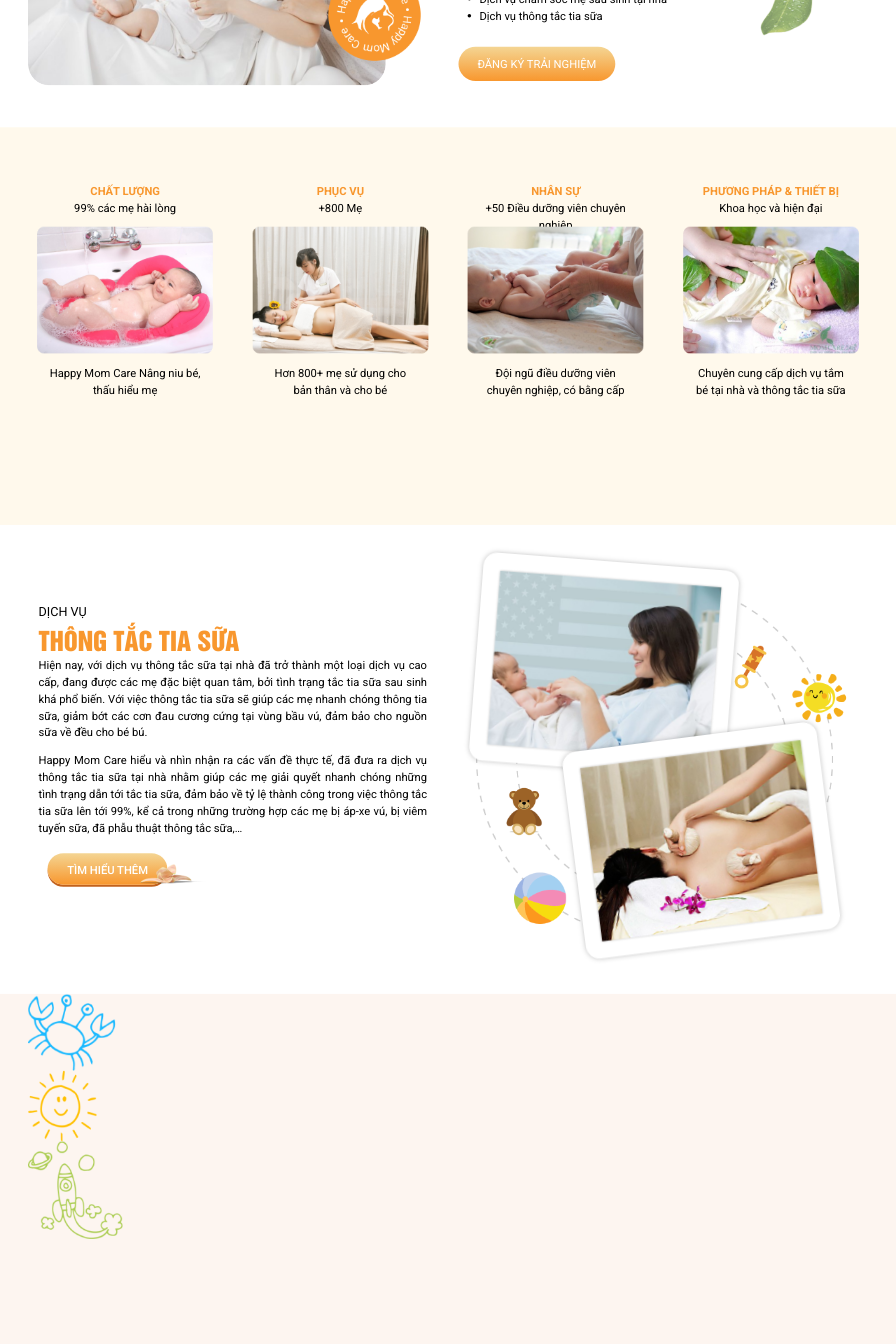
Repository: haianh12082001/happymom
Page: index.html
These files come from the project's save history. The page is drawn as it stood at one moment and after the next save; the edit follows.
The browser window is 1280 px wide. The pictures show the part of the page from y = 1487 to 3407 px (the page is 3407 px tall), at 70% of full size.
Some web libraries are served in a nearby version. The style sheet was rebuilt from its Sass, Less or Tailwind sources for each picture, by a compiler version that may differ from the author's.

Above is the page before, as saved 2021-11-16 10:46:46.

### index.html
<!DOCTYPE html>
<html lang="en">
    <head>
        <meta charset="UTF-8" />
        <meta http-equiv="X-UA-Compatible" content="IE=edge" />
        <meta name="viewport" content="width=device-width, initial-scale=1.0" />
        <title>Document</title>
        <link href="https://fonts.googleapis.com/css2?family=Roboto:wght@300;400;500;700;900&display=swap" rel="stylesheet" />
        <link rel="stylesheet" href="./assets/fonts/fontawesome-free-5.15.3/css/all.min.css" />
        <link
            rel="stylesheet"
            href="https://cdn.jsdelivr.net/npm/bootstrap@4.6.0/dist/css/bootstrap.min.css"
            integrity="sha384-B0vP5xmATw1+K9KRQjQERJvTumQW0nPEzvF6L/Z6nronJ3oUOFUFpCjEUQouq2+l"
            crossorigin="anonymous"
        />
        <link rel="stylesheet" href="./assets/css/app.css" />
    </head>
    <body>
        <div class="topbar">
            <div class="topbar__container container">
                <div class="topbar__logo">
                    <img src="./assets/img/logo.png" alt="" />
                </div>
                <div class="topbar__openTime">
                    <div class="openTime__text">Giờ mở cửa</div>
                    <div class="openTime__time">8h00 - 16h00</div>
                </div>
                <div class="topbar__seach">
                    <input type="text" name="" id="" placeholder="Tìm kiếm" />
                    <button class="button__seach">
                        <i class="fas fa-search r"></i>
                    </button>
                </div>
                <div class="topbar__hotline">
                    <div class="hotline__icon">
                        <img src="./assets/img/icon__phone.png" alt="" />
                    </div>
                    <div class="hotline__text">
                        <p class="hotline__text--top">Hotline:</p>
                        <p class="hotline__text--bottom">0944 430 977</p>
                    </div>
                </div>
                <div class="topbar__book">
                    <div class="book__icon">
                        <i class="fas fa-calendar-alt"></i>
                    </div>
                    <p class="book__text">Đặt lịch hẹn</p>
                </div>
            </div>
        </div>
        <header class="header">
            <div class="header__container container">
                <ul class="header__list">
                    <li class="header__item">
                        <a href="#" class="header__link">Trang chủ</a>
                    </li>
                    <li class="header__item">
                        <a href="#" class="header__link">Giới thiệu</a>
                    </li>
                    <li class="header__item">
                        <a href="#" class="header__link">Dịch vụ</a>
                    </li>
                    <li class="header__item">
                        <a href="#" class="header__link">Khoá học</a>
                    </li>
                    <li class="header__item">
                        <a href="#" class="header__link">Hệ thống đại lý</a>
                    </li>
                    <li class="header__item">
                        <a href="#" class="header__link">Tin tức</a>
                    </li>
                    <li class="header__item">
                        <a href="#" class="header__link">Liên hệ</a>
                    </li>
                </ul>
                <ul class="header__social">
                    <li>
                        <a href="#">
                            <i class="fab fa-facebook-f"></i>
                        </a>
                    </li>
                    <li>
                        <a href="#">
                            <i class="fab fa-twitter"></i>
                        </a>
                    </li>
                    <li>
                        <a href="#">
                            <i class="fab fa-google-plus-g"></i>
                        </a>
                    </li>
                    <li>
                        <a href="#">
                            <i class="fab fa-skype"></i>
                        </a>
                    </li>
                </ul>
            </div>
        </header>
        <section class="banner">
            <div class="banner__content">
                <div class="banner__img">
                    <img src="./assets/img/banner/Rectangle 28.png" alt="" />
                </div>
                <!-- <div class="banner__phone">
                    <div class="icon">
                        <i class="fas fa-phone-alt"></i>
                    </div>
                    <div class="text">0944 430 977</div>
                </div> -->
            </div>
        </section>
        <section class="bannerAdv">
            <div class="bannerAdv__container container">
                <div class="row">
                    <div class="bannerAdv__item col-lg-3">
                        <div class="bannerAdv__item--top">
                            <div class="text">01</div>
                            <img src="./assets/img/bannerAdv/pngwing 6.png" alt="" />
                        </div>
                        <div class="bannerAdv__item--bottom">
                            <div class="name">Uy tín</div>
                            <p class="des">Happy Mom Care với hệ thống hơn 50 Spa tại Việt Nam luôn sẵn sàng phục vụ khách hàng</p>
                        </div>
                    </div>
                    <div class="bannerAdv__item col-lg-3">
                        <div class="bannerAdv__item--top">
                            <div class="text">02</div>
                            <img src="./assets/img/bannerAdv/pngwing 8.png" alt="" />
                        </div>
                        <div class="bannerAdv__item--bottom">
                            <div class="name">Chuyên nghiệm</div>
                            <p class="des">Dịch vụ Spa mẹ và bé tại Happy Mom Care có hệ thống trang thiết bị chuyên nghiệp</p>
                        </div>
                    </div>
                    <div class="bannerAdv__item col-lg-3">
                        <div class="bannerAdv__item--top">
                            <div class="text">03</div>
                            <img src="./assets/img/bannerAdv/pngwing 9.png" alt="" />
                        </div>
                        <div class="bannerAdv__item--bottom">
                            <div class="name">An toàn</div>
                            <p class="des">Đúng quy trình chuẩn y khoa và sử dụng công nghệ cao trong Spa mang đến cho bạn những giải pháp an toàn nhất</p>
                        </div>
                    </div>
                    <div class="bannerAdv__item col-lg-3">
                        <div class="bannerAdv__item--top">
                            <div class="text">04</div>
                            <img src="./assets/img/bannerAdv/pngwing 10.png" alt="" />
                        </div>
                        <div class="bannerAdv__item--bottom">
                            <div class="name">Chất lượng</div>
                            <p class="des">Đội ngũ nhân viên chuyên nghiệp, có nhiều kinh nghiệm trong lĩnh vực Spa</p>
                        </div>
                    </div>
                </div>
            </div>
        </section>
        <section class="introduce">
            <div class="introduce__container container">
                <div class="row">
                    <div class="col-lg-6">
                        <div class="introduce__img">
                            <img src="./assets/img/Rectangle 33.png" alt="" />
                        </div>
                    </div>
                    <div class="col-lg-6">
                        <div class="introduce__heading">Về chúng tôi</div>
                        <div class="introduce__name">Happy mom care</div>
                        <div class="introduce__address">
                            <div class="introduce__address--img">
                                <img src="./assets/img/Ellipse 29.png" alt="" />
                            </div>
                            <div class="introduce__address--text">
                                <p>Spa Happy Mom Care</p>
                                <span>Số 8 Ngõ 21, Phố Việt Hưng, Long Biên, Hà Nội</span>
                            </div>
                        </div>
                        <div class="introduce__text">
                            <p>
                                Với hơn 30+ điều dưỡng viên có bằng cấp và kinh nghiệm lâu năm, Happy Mom Care mong muốn được phục vụ cho mẹ và bé khắp các quận
                                trong Hà Nội. Bao gồm các dịch vụ:
                            </p>
                            <ul class="text__list">
                                <li>Dịch vụ tắm cho trẻ sơ sinh tại nhà</li>
                                <li>Dịch vụ chăm sóc mẹ sau sinh tại nhà</li>
                                <li>Dịch vụ thông tắc tia sữa</li>
                            </ul>
                        </div>
                        <div class="introduce__btn">
                            <a href="">Đăng ký trải nghiệm</a>
                        </div>
                    </div>
                </div>
            </div>
        </section>
        <section class="blog">
            <div class="blog__container container">
                <div class="row">
                    <div class="blog__item col-lg-3">
                        <div class="blog__name">Chất lượng</div>
                        <div class="blog__subname">99% các mẹ hài lòng</div>
                        <div class="blog__img">
                            <img src="./assets/img/blog/Rectangle 35 (3).png" alt="" />
                        </div>
                        <div class="blog__des">Happy Mom Care Nâng niu bé, thấu hiểu mẹ</div>
                        <div class="blog__btn btn">
                            <a href="">Tìm hiểu thêm</a>
                            <img class="blog__btn--img" src="./assets/img/blog/plant 1.png" alt="" />
                        </div>
                    </div>
                    <div class="blog__item col-lg-3">
                        <div class="blog__name">Phục vụ</div>
                        <div class="blog__subname">+800 Mẹ</div>
                        <div class="blog__img">
                            <img src="./assets/img/blog/Rectangle 35 (4).png" alt="" />
                        </div>
                        <div class="blog__des">Hơn 800+ mẹ sử dụng cho bản thân và cho bé</div>
                        <div class="blog__btn btn">
                            <a href="">Tìm hiểu thêm</a>
                            <img class="blog__btn--img" src="./assets/img/blog/plant 1.png" alt="" />
                        </div>
                    </div>
                    <div class="blog__item col-lg-3">
                        <div class="blog__name">Nhân sự</div>
                        <div class="blog__subname">+50 Điều dưỡng viên chuyên nghiệp</div>
                        <div class="blog__img">
                            <img src="./assets/img/blog/Rectangle 35 (5).png" alt="" />
                        </div>
                        <div class="blog__des">Đội ngũ điều dưỡng viên chuyên nghiệp, có bằng cấp</div>
                        <div class="blog__btn btn">
                            <a href="">Tìm hiểu thêm</a>
                            <img class="blog__btn--img" src="./assets/img/blog/plant 1.png" alt="" />
                        </div>
                    </div>
                    <div class="blog__item col-lg-3">
                        <div class="blog__name">PHƯƠNG PHÁP & THIẾT BỊ</div>
                        <div class="blog__subname">Khoa học và hiện đại</div>
                        <div class="blog__img">
                            <img src="./assets/img/blog/Rectangle 35 (6).png" alt="" />
                        </div>
                        <div class="blog__des">Chuyên cung cấp dịch vụ tắm bé tại nhà và thông tắc tia sữa</div>
                        <div class="blog__btn btn">
                            <a href="">Tìm hiểu thêm</a>
                            <img class="blog__btn--img" src="./assets/img/blog/plant 1.png" alt="" />
                        </div>
                    </div>
                </div>
            </div>
        </section>
        <section class="serviceOne">
            <div class="serviceOne__container container">
                <div class="row">
                    <div class="col-lg-6 serviceOne__left">
                        <div class="service__title">Dịch vụ</div>
                        <div class="service__name">Thông tắc tia sữa</div>
                        <div class="service__text">
                            <p>
                                Hiện nay, với dịch vụ thông tắc sữa tại nhà đã trở thành một loại dịch vụ cao cấp, đang được các mẹ đặc biệt quan tâm, bởi tình
                                trạng tắc tia sữa sau sinh khá phổ biến. Với việc thông tắc tia sữa sẽ giúp các mẹ nhanh chóng thông tia sữa, giảm bớt các cơn
                                đau cương cứng tại vùng bầu vú, đảm bảo cho nguồn sữa về đều cho bé bú.
                            </p>
                            <p>
                                Happy Mom Care hiểu và nhìn nhận ra các vấn đề thực tế, đã đưa ra dịch vụ thông tắc tia sữa tại nhà nhằm giúp các mẹ giải quyết
                                nhanh chóng những tình trạng dẫn tới tắc tia sữa, đảm bảo về tỷ lệ thành công trong việc thông tắc tia sữa lên tới 99%, kể cả
                                trong những trường hợp các mẹ bị áp-xe vú, bị viêm tuyến sữa, đã phẫu thuật thông tắc sữa,…
                            </p>
                        </div>
                        <div class="service__btn btn">
                            <a href="">Tìm hiểu thêm</a>
                            <img class="service__btn--img" src="./assets/img/blog/plant 1.png" alt="" />
                        </div>
                    </div>
                    <div class="col-lg-6 serviceOne__right">
                        <div class="bigCircle__img">
                            <img src="./assets/img/serviceOne/Group 392.png" alt="" />
                        </div>
                        <div class="serviceOne__img--top">
                            <img src="./assets/img/serviceOne/Rectangle 37 (1).png" alt="" />
                        </div>
                        <div class="serviceOne__img--bottom">
                            <img src="./assets/img/serviceOne/Rectangle 38 (1).png" alt="" />
                        </div>
                    </div>
                </div>
            </div>
        </section>
        <section class="serviceTwo">
            <div class="serviceTwo__container container">
                <img class="serviceTwo__bg--img1" src="./assets/img/serviceTwo/image-home-1 1.png" alt="" />
                <img class="serviceTwo__bg--img2" src="./assets/img/serviceTwo/image-home-2 1.png" alt="" />
                <img class="serviceTwo__bg--img3" src="./assets/img/serviceTwo/image-home-3 1.png" alt="" />
                <div class="row">
                    <div class="serviceTwo__initial col-lg-4"></div>
                    <div class="serviceTwo__middle col-lg-4"></div>
                    <div class="serviceTwo__end col-lg-4"></div>
                </div>
            </div>
        </section>
        <script type="text/javascript" src="https://code.jquery.com/jquery-1.11.0.min.js"></script>
        <script type="text/javascript" src="https://code.jquery.com/jquery-migrate-1.2.1.min.js"></script>
        <script
            src="https://cdnjs.cloudflare.com/ajax/libs/bootstrap/4.6.0/js/bootstrap.min.js"
            integrity="sha512-XKa9Hemdy1Ui3KSGgJdgMyYlUg1gM+QhL6cnlyTe2qzMCYm4nAZ1PsVerQzTTXzonUR+dmswHqgJPuwCq1MaAg=="
            crossorigin="anonymous"
            referrerpolicy="no-referrer"
        ></script>
        <script type="text/javascript" src="https://cdn.jsdelivr.net/npm/slick-carousel@1.8.1/slick/slick.min.js"></script>
        <script src="./assets/js/main.js"></script>
    </body>
</html>

### assets/sass/app.scss
@import "variables";
@import "reset";
@import "global";
@import "topbar";
@import "header";
@import "banner";
@import "bannerAdv";
@import "introduce";
@import "blog";
@import "service";

### assets/sass/_variables.scss
$font-family: "Roboto", sans-serif;
$color-global: #f8972e;
$text-color: #000000;

### assets/sass/_reset.scss
html {
    box-sizing: border-box;
    scroll-behavior: smooth;
}
* {
    margin: 0;
    padding: 0;
}
*,
*:before,
*:after {
    box-sizing: border-box;
}
input,
textarea,
select,
button {
    outline: none;
}
input {
    line-height: normal;
    outline: none;
    box-shadow: none;
}
input:focus {
    outline: 0;
    border: none;
    box-shadow: none;
}
ul,
li {
    margin: 0;
    padding: 0;
    list-style: none;
}
label,
button {
    cursor: pointer;
}
a {
    text-decoration: none;
    &:hover {
        text-decoration: none;
    }
}
img {
    display: block;
    max-width: 100%;
}

### assets/sass/_global.scss
@font-face {
    font-family: "UTM";
    font-display: swap;
    src: url("../fonts/word/UTM\ HelvetIns.ttf") format("truetype");
}
@font-face {
    font-family: "Time";
    font-display: swap;
    src: url("../fonts/word/timesbd.ttf") format("truetype");
}
body {
    font-family: $font-family;
    margin: 0;
    padding: 0;
    width: 100%;
    font-size: 16px;
    color: $text-color;
}
.container {
    max-width: 1230px;
    margin: 0 auto;
    padding: 0 15px;
}

### assets/sass/_header.scss
.header {
    // height: 59px;
    background: $color-global;
    &__container {
        display: flex;
        justify-content: space-between;
        align-items: center;
    }
    &__list {
        display: flex;
        justify-content: space-between;
        text-transform: uppercase;
        align-items: center;
        // column-gap: 66px;
    }
    &__item {
        margin-left: 66px;
        padding: 16px 0;
        &:first-child {
            margin-left: 0;
        }
    }
    &__link {
        color: #fff;
        font-weight: 500;
    }
    &__social {
        display: flex;
        align-items: center;
        li {
            width: 31px;
            height: 31px;
            background: #fff;
            border-radius: 50%;
            margin-left: 8px;
            i {
                display: flex;
                height: 100%;
                justify-content: center;
                align-items: center;
            }
        }
    }
}

### assets/sass/_banner.scss
.banner {
    position: relative;
    &__img img {
        width: 100%;
        max-height: 598px;
    }
    &__phone {
        color: #845522;
        display: flex;
        .text {
            font-family: "UTM";
        }
    }
}

### assets/sass/_bannerAdv.scss
.bannerAdv {
    background: #fff9ec;
    padding: 25px 0 60px;
    &__container {
    }
    &__item {
        padding: 0px 46px;
        display: flex;
        flex-direction: column;
        align-items: center;
        &--top {
            position: relative;
            display: inline-block;
            max-width: 180px;
            height: 207px;

            .text {
                color: #ffd7ab;
                font-size: 180px;
                font-weight: 700;
                font-family: "Time";
                line-height: 206px;
            }
            img {
                position: absolute;
                bottom: 10px;
                left: 50%;
                transform: translateX(-50%);
            }
        }
        &--bottom {
            text-align: center;
            .name {
                color: #845522;
                margin-bottom: 9px;
                font-weight: 900;
            }
        }
    }
}

### assets/sass/_service.scss
.service {
    &__title {
        text-transform: uppercase;
        font-size: 18px;
    }
    &__name {
        text-transform: uppercase;
        font-size: 36px;
        color: $color-global;
        font-family: "UTM";
        font-weight: 400;
        line-height: 52px;
    }
    &__text {
        text-align: justify;
        margin-bottom: 30px;
    }
    &__btn {
        position: relative;
        a {
            padding: 15px 28px 11px 28px;
            background: linear-gradient(180deg, #f4d593 0%, #f8972e 100%);
            border-radius: 50px;
            text-transform: uppercase;
            color: #fff;
            font-weight: 500;
            box-shadow: 0 3px 0px rgba($color: #c2611c, $alpha: 1);
        }
        &--img {
            position: absolute;
            bottom: 0;
            right: 0;
            transform: translateX(50%);
        }
    }
}
.serviceOne {
    padding: 80px 0;
    &__left {
        padding: 30px;
    }
    &__right {
        padding: 0 40px;
        position: relative;
    }
    .bigCircle__img img {
        width: 100%;
    }
    &__img--top {
        position: absolute;
        top: -28px;
        // left: 0;
        padding: 20px;
        filter: drop-shadow(0px 0px 4px rgba(0, 0, 0, 0.25));
        transform: rotate(4.47deg);
        border-radius: 20px;
        background: #fff;
        img {
            width: 326px;
            height: 258px;
            // object-fit: cover;
        }
    }
    &__img--bottom {
        position: absolute;
        bottom: -10px;
        right: 70px;
        padding: 20px;
        filter: drop-shadow(0px 0px 4px rgba(0, 0, 0, 0.25));
        transform: rotate(-7.32deg);
        border-radius: 20px;
        background: #fff;
        img {
            width: 326px;
            height: 258px;
        }
    }
}
.serviceTwo {
    background: #fdf5f0;
    height: 500px;
    &__container {
        position: relative;
    }
}

Loaded but not shown: assets/fonts/fontawesome-free-5.15.3/css/all.min.css (library); assets/sass/_introduce.scss (117 lines, source omitted); assets/sass/_topbar.scss (95 lines, source omitted); assets/sass/_blog.scss (59 lines, source omitted); assets/js/main.js (no copy from this time; the picture is the same without it)

After the next save:
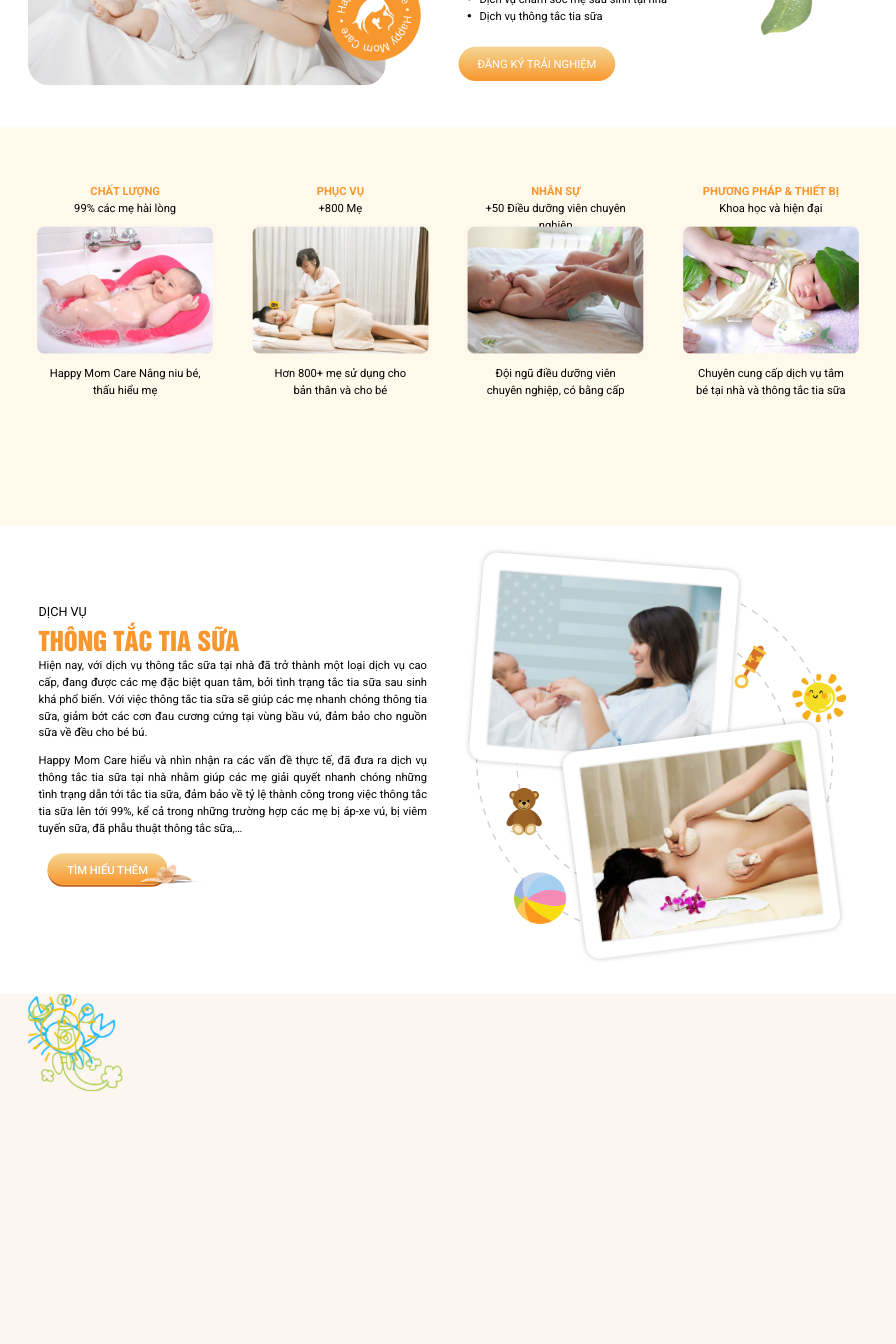
Saved 29 s later.
--- a/assets/sass/_service.scss
+++ b/assets/sass/_service.scss
@@ -82,4 +82,7 @@
     &__container {
         position: relative;
     }
+    img {
+        position: absolute;
+    }
 }
